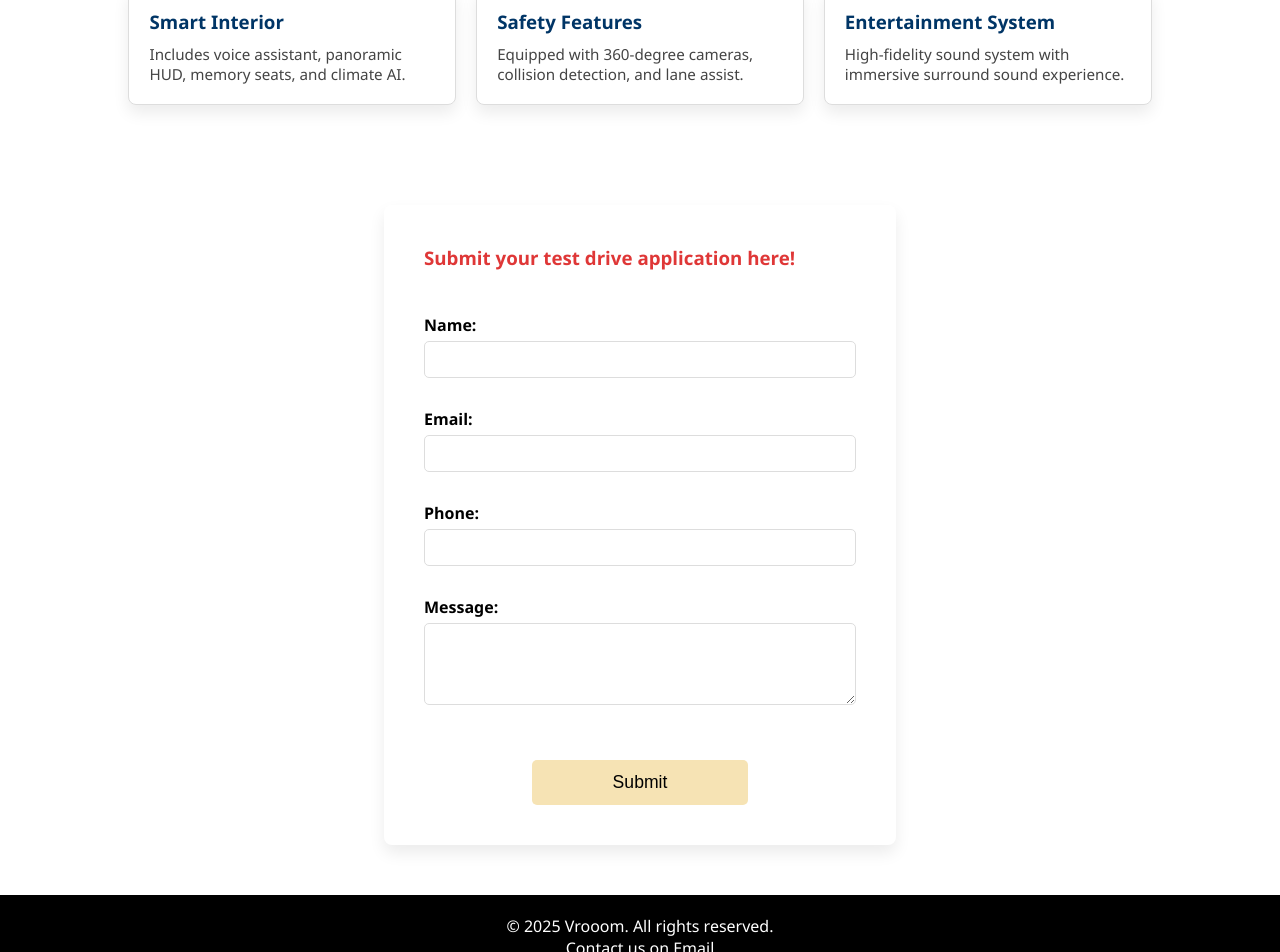
Repository: JiaheSu22/vrooom-responsive-main
Page: index.html
The author's editor kept a copy of each file at every save. The page is drawn from the files as they stood at one save, then again after the next save.
The browser window is 1280 px wide. The pictures show the part of the page from y = 913 to 1865 px (the page is 1892 px tall before and 1912 px after).
A picture or video elsewhere on the page could not be fetched, so the positions and the page height are approximate.

Above is the page before, as saved 2025-04-11 15:33:22.

After the next save:
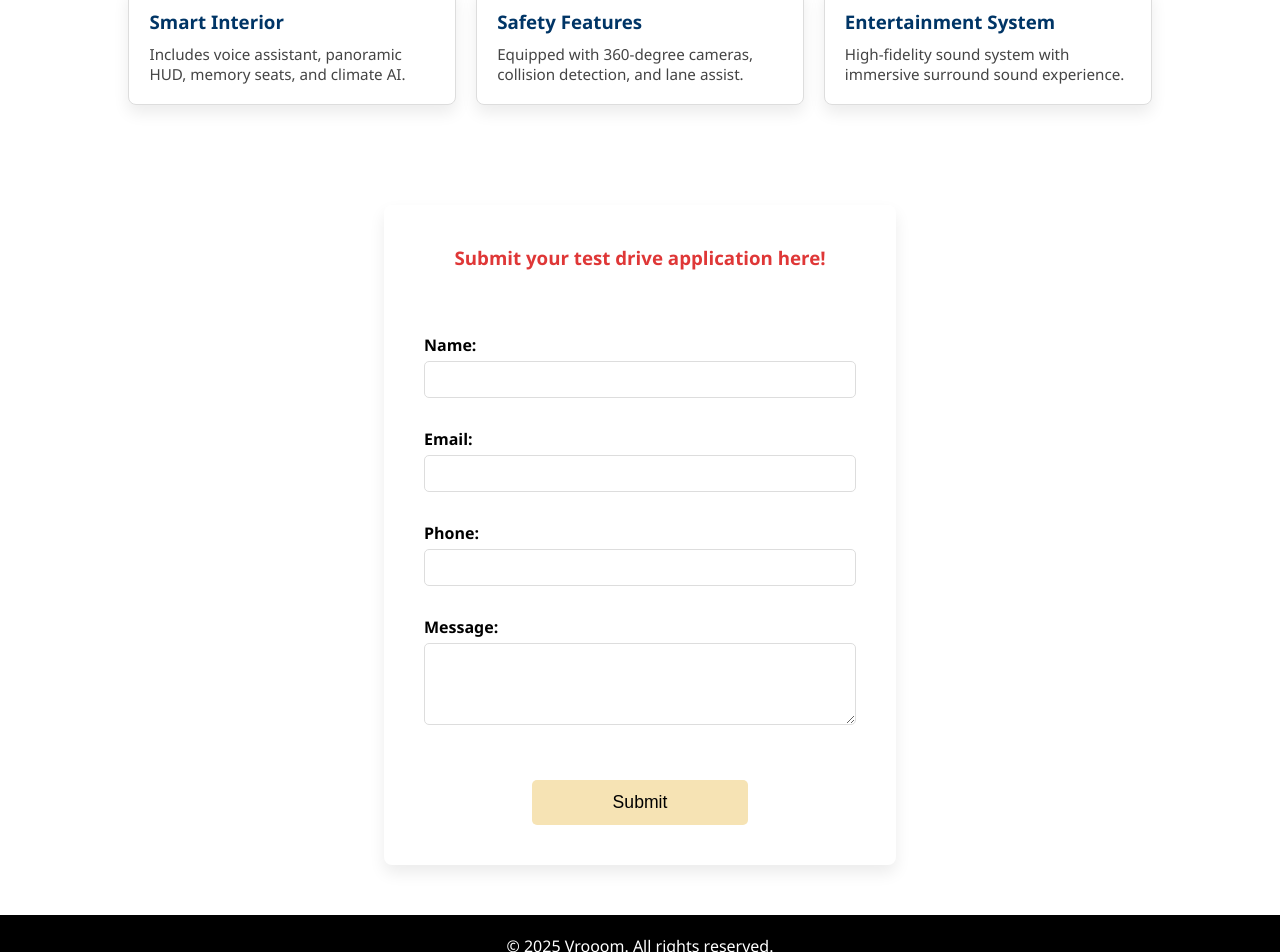
Saved 37 s later.
--- a/index.html
+++ b/index.html
@@ -155,6 +155,12 @@
       background: #ffffff;
       padding: 50px 10%;
 
+    }
+
+    .form-section h3 {
+      text-align: center;
+      color: #f97705;
+      margin-bottom: 20px;
     }
 
     .form-section form {
